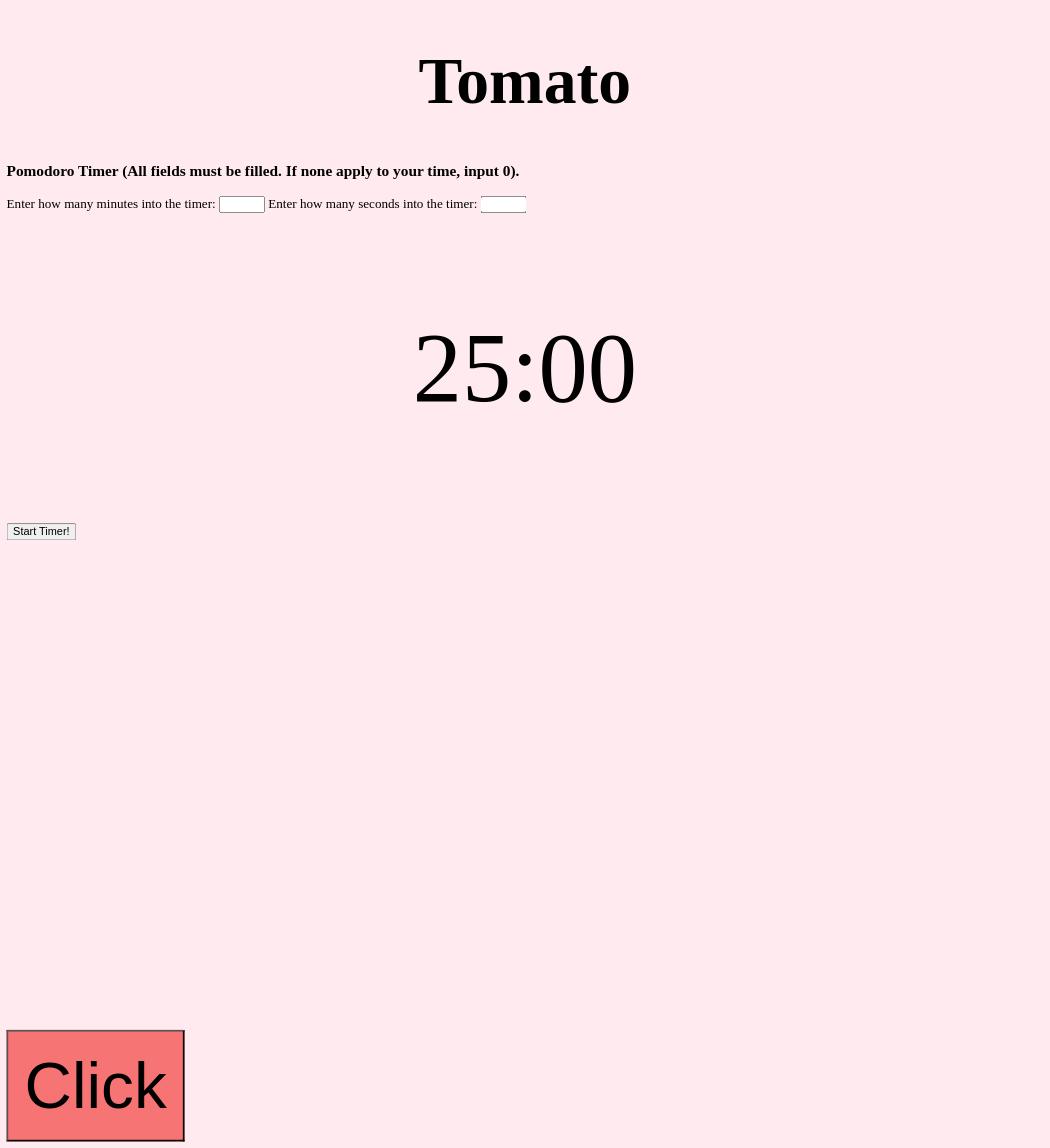
Repository: esong165/cse110-w21-group25
Page: source/index.html
The author's editor kept a copy of each file at every save. The page is drawn from the files as they stood at one save, then again after the next save.
The browser window is 1280 px wide. The pictures show the whole page, at 82% of full size.

Above is the page before, as saved 2021-02-21 20:53:03.
Console error: ReferenceError: startCounter is not defined

After the next save:
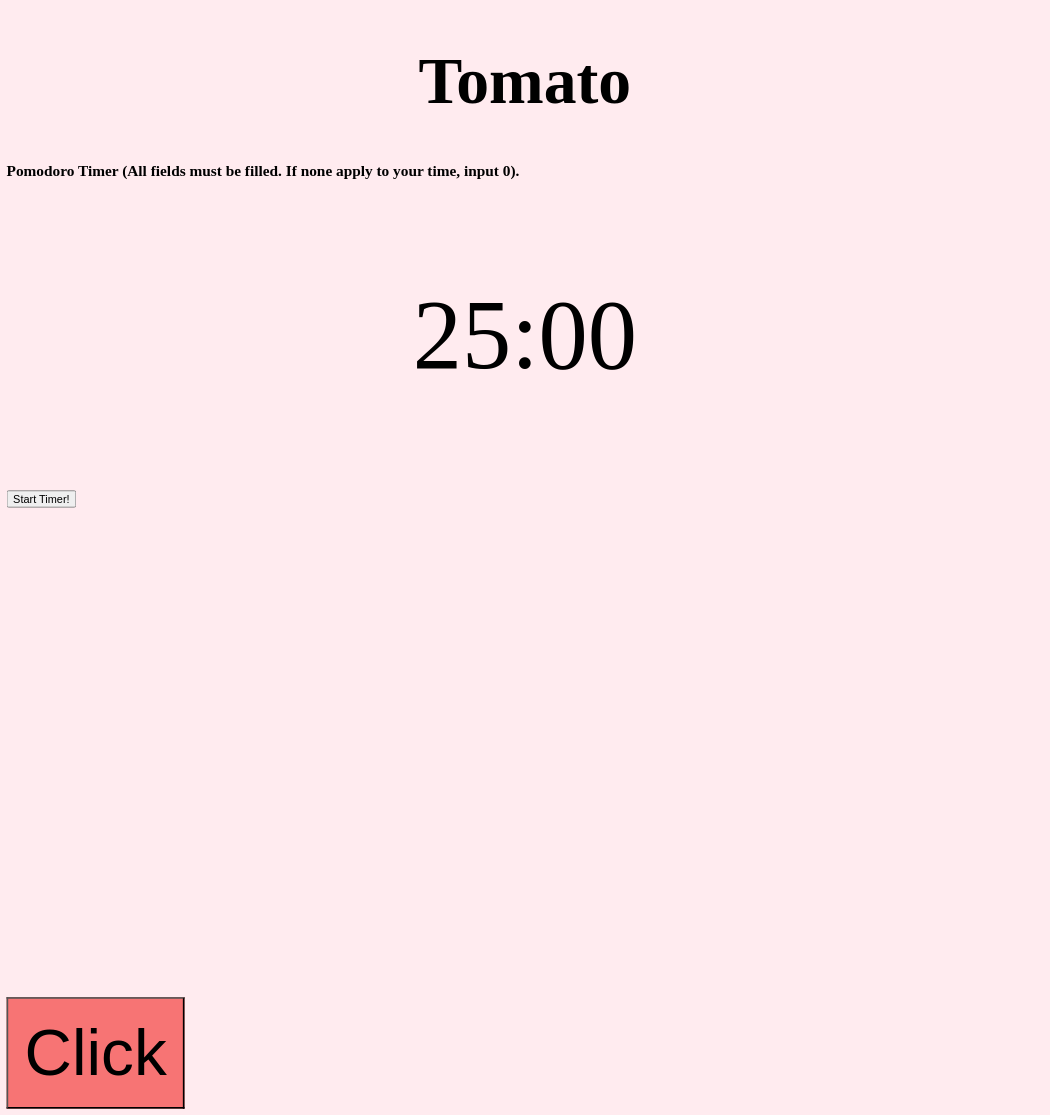
Saved 2 s later.
--- a/source/index.html
+++ b/source/index.html
@@ -14,13 +14,6 @@
 	</header>
 	<main>
 		<h3 id="rules">Pomodoro Timer (All fields must be filled. If none apply to your time, input 0).</h3>
-
-		<form id="input-area">
-			<label for="minutes">Enter how many minutes into the timer:</label>
-			<input type="number" id="minutes" name="minutes" min="0" max="60">
-			<label for="seconds">Enter how many seconds into the timer:</label>
-			<input type="number" id="seconds" name="seconds" min="0" max="60">
-		</form>
 
 		<div id="current-task-container">
 		</div>
